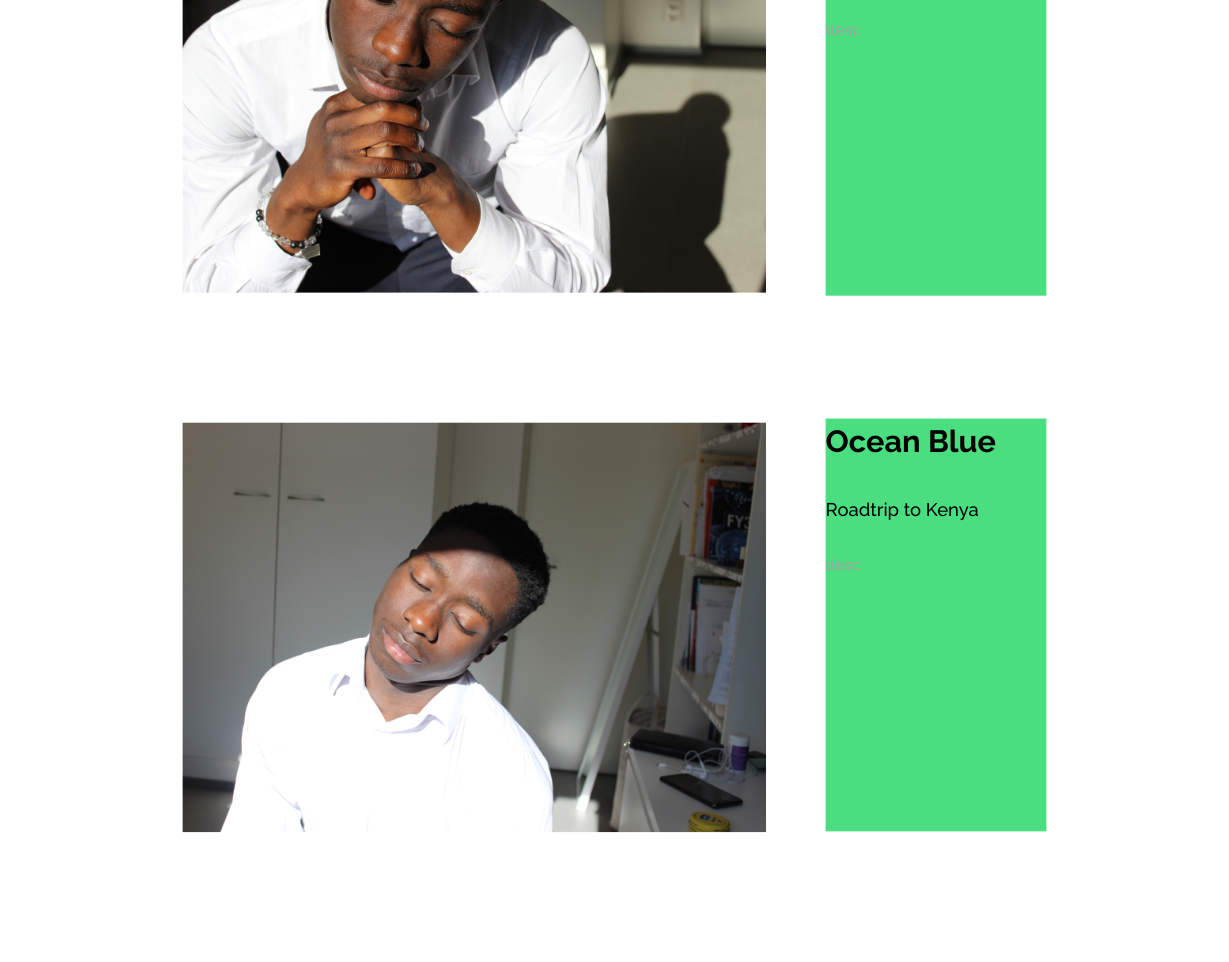
Repository: Graquick/Blog
Page: /photos
The author's editor kept a copy of each file at every save. The page is drawn from the files as they stood at one save, then again after the next save.
The browser window is 1280 px wide. The pictures show the whole page, at 96% of full size.
The project was rebuilt for these pictures with package versions that can differ from the ones it lists, and the page was loaded fresh each time. The framework's server and built-in components were replaced by stand-ins that run in the browser. Also part of the build but not shown: next.config.js, components/Footer.js.

Above is the page before, as saved 2022-07-07 14:29:01.

After the next save:
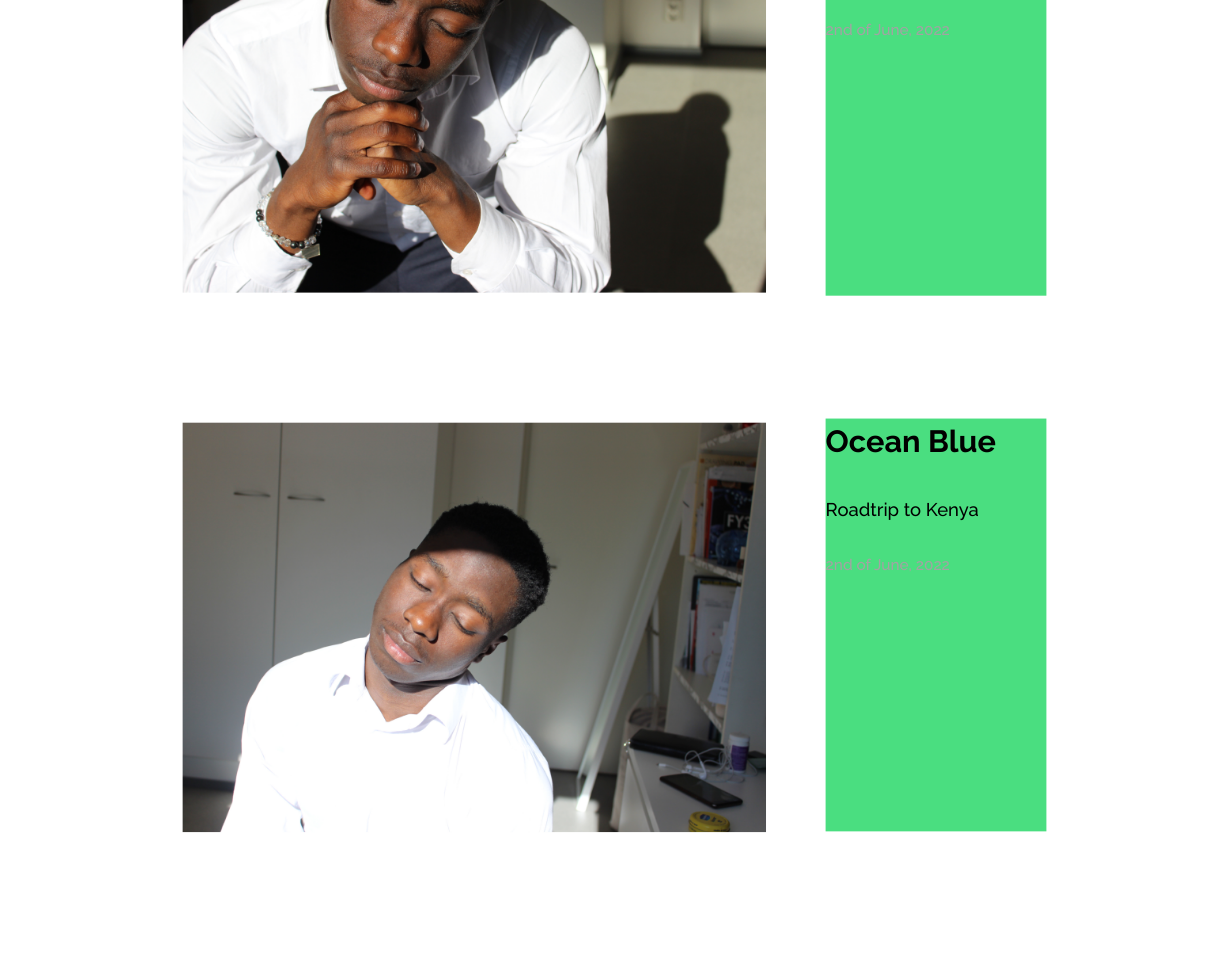
Saved 9 s later.
--- a/pages/photos.js
+++ b/pages/photos.js
@@ -54,7 +54,7 @@ export default function Photos() {
                   <div key={i} className="w-[230px] h-[430px] bg-green-400 flex flex-col gap-8 mb-32">
                     <h1 className="text-[2rem] font-bold w-fit">{desc.title}</h1>
                     <p className="font-medium text-[1.2rem] cursor-default">{desc.info}</p>
-                    <span className="font-medium cursor-default text-neutral-400">desc</span>
+                    <span className="font-medium cursor-default text-neutral-400">{desc.date}</span>
                   </div>
                 ))}
               </div>
